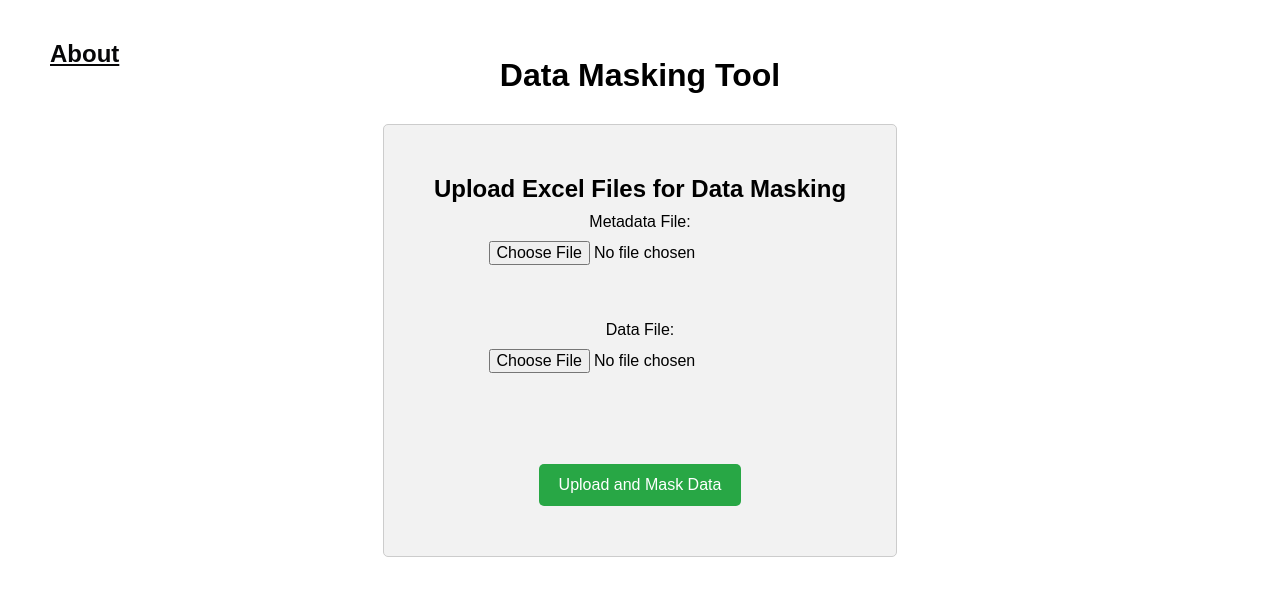
Repository: prithika12/DataMasking_Tool
Page: index.html
These files come from the project's save history. The page is drawn as it stood at one moment and after the next save; the edit follows.
The browser window is 1280 px wide. The pictures show the whole page.

Above is the page before, as saved 2024-07-21 19:09:34.

### index.html
<!DOCTYPE html>
<html>
<head>
    <title>Data Masking Tool</title>
    <link rel="stylesheet" type="text/css" href="styles.css">
</head>
<body>
    <h1>Data Masking Tool</h1>
    <div class="container">
        <h2>Upload Excel Files for Data Masking</h2>
        <form action="/uploader" method="post" enctype="multipart/form-data">
            <label for="metadata_file">Metadata File:</label>
            <input type="file" name="file1" accept=".xlsx" required>
            <br><br>
            <label for="data_file">Data File:</label>
            <input type="file" name="file2" accept=".xlsx" required>
            <br><br>
            <button type="submit">Upload and Mask Data</button>
        </form>
    </div>
    <div class="about-link">
        <a href="https://github.com/prithika12/DataMasking_Tool/blob/main/README.md" target="_blank">About</a>
    </div>
</body>
</html>

### styles.css
/* styles.css */
body {
    font-family: Arial, sans-serif;
    display: flex;
    flex-direction: column; /* Align items in a column */
    justify-content: center; /* Center vertically */
    align-items: center; /* Center horizontally */
    height: 80vh; /* Full viewport height */
}
.container {
    max-width: 600px;
    padding: 30px 50px;
    background-color: #f2f2f2;
    border: 1px solid #ccc;
    border-radius: 5px;
    text-align: center; /* Center text inside container */
}
h1 {
    text-align: center; /* Center text */
    margin-bottom: 30px;
}
h2 {
    text-align: center;
    margin-bottom: 10px;
}
input[type="file"] {
    display: block;
    font-size: medium;
    margin: 20px auto;
    margin-top: 10px;
}
button {
    display: block;
    margin: 20px auto;
    font-size: medium;
    margin-top: 35px;
    padding: 12px 20px;
    background-color: #28a745;
    color: white;
    border: none;
    border-radius: 5px;
    cursor: pointer;
}
button:hover {
    background-color: #218838;
}
.about-link {
    position: absolute;
    top: 20px;
    left: 20px;
    padding: 20px 30px;
}
.about-link a {
    color: #070708;
    font-size: x-large;
    font-weight: bold;
    text-decoration: underline;
}

After the next save:
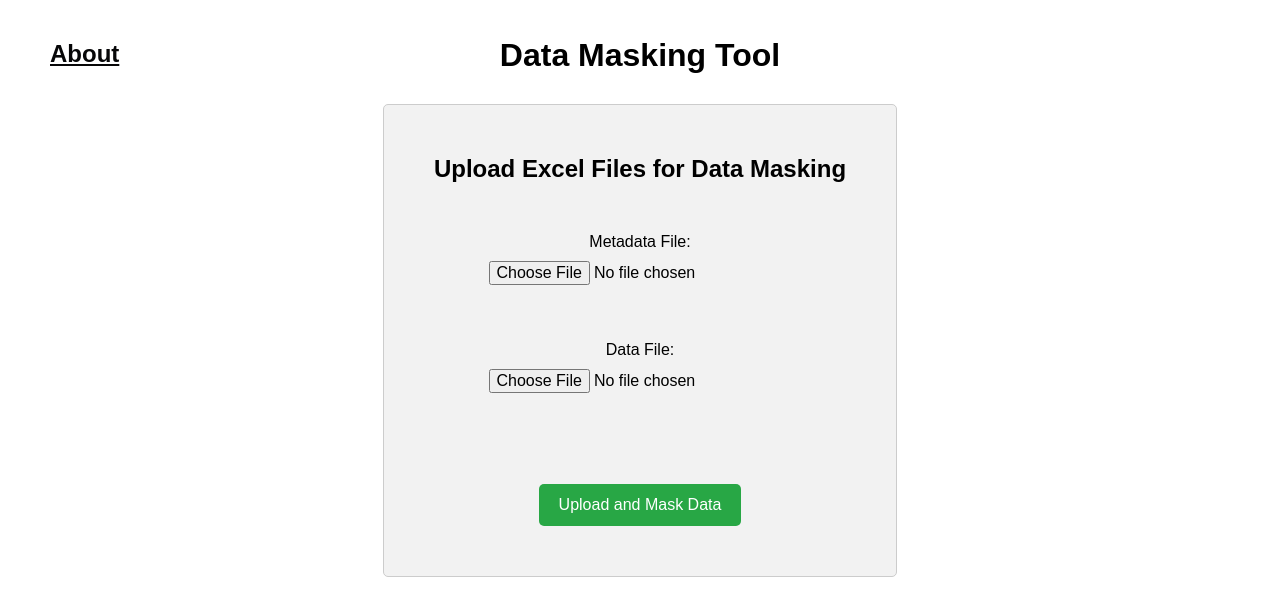
Saved 6 s later.
--- a/styles.css
+++ b/styles.css
@@ -21,7 +21,7 @@ h1 {
 }
 h2 {
     text-align: center;
-    margin-bottom: 10px;
+    margin-bottom: 50px;
 }
 input[type="file"] {
     display: block;
